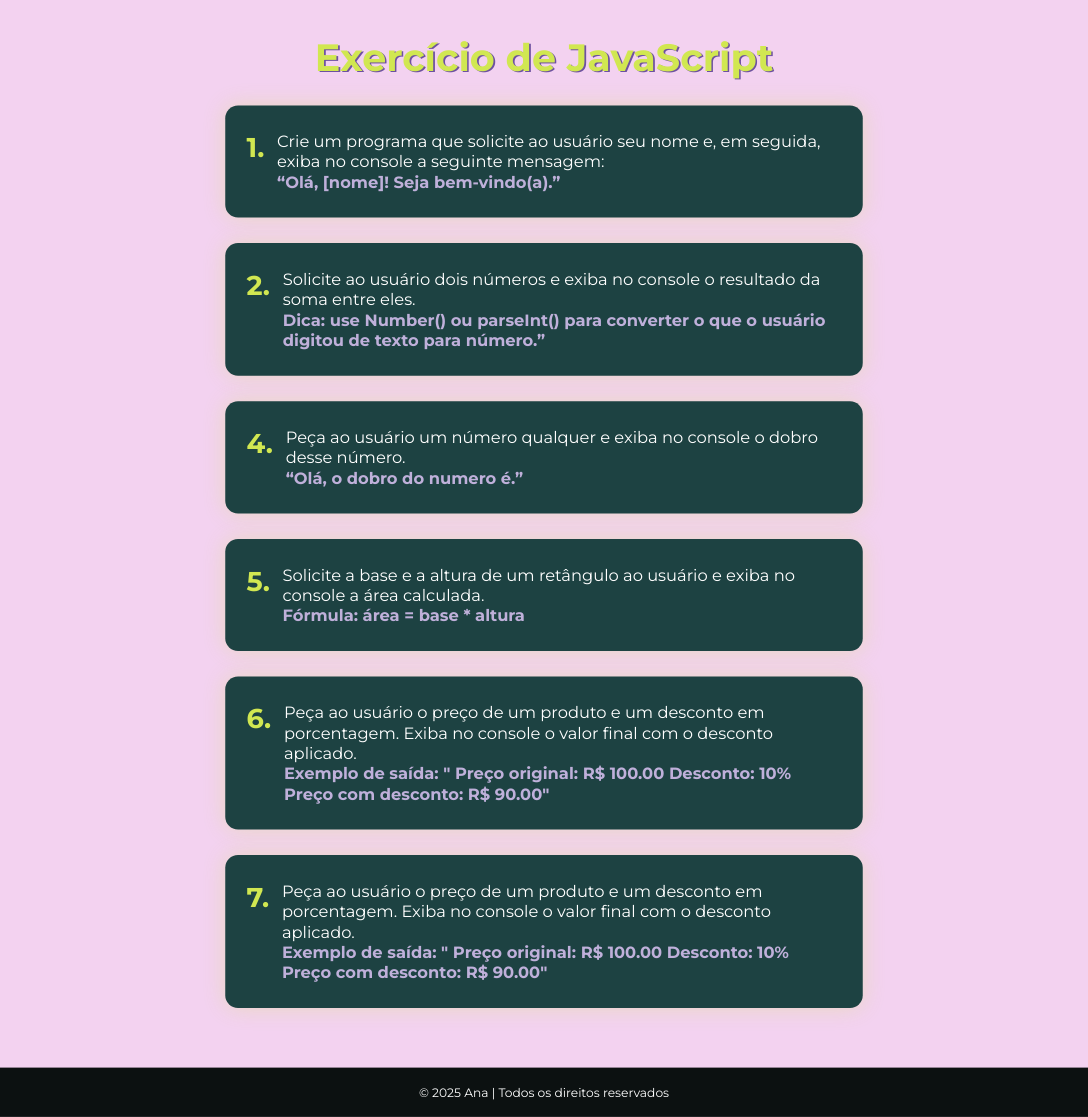
Repository: Anajaraa/atividadeJS
Page: index.html
These files come from the project's save history. The page is drawn as it stood at one moment and after the next save; the edit follows.
The browser window is 1280 px wide. The pictures show the whole page, at 85% of full size.
Some web fonts or font styles are not loaded; a fallback is used.

Above is the page before, as saved 2025-08-05 12:14:36.

### index.html
<!DOCTYPE html>
<html lang="pt-br">
<head>
  <meta charset="UTF-8" />
  <meta name="viewport" content="width=device-width, initial-scale=1.0" />
  <title>Exercícios de JavaScript</title>
  <link rel="stylesheet" href="style.css" />
</head>
<body>
    <main class="container">
    <h1>Exercício de JavaScript</h1>
    <section class="card">
      <p class="numero">1.</p>
      <p class="descricao">
        Crie um programa que solicite ao usuário seu nome e, em seguida, exiba no console a seguinte mensagem: <br>
        <strong>“Olá, [nome]! Seja bem-vindo(a).”</strong>
      </p>
    </section>
    <section class="card">
      <p class="numero">2.</p>
      <p class="descricao">
        Solicite ao usuário dois números e exiba no console o resultado da soma entre eles.
  <br>
        <strong>Dica: use Number() ou parseInt() para converter o que o usuário digitou de texto para número.”</strong>
      </p>
    </section>

     <section class="card">
      <p class="numero">4.</p>
      <p class="descricao">
        Peça ao usuário um número qualquer e exiba no console o dobro desse número.
  <br>
        <strong>“Olá, o dobro do numero é.”</strong>
      </p>
    </section>

     <section class="card">
      <p class="numero">5.</p>
      <p class="descricao">
        Solicite a base e a altura de um retângulo ao usuário e exiba no console a área calculada.
  <br>
        <strong>Fórmula: área = base * altura</strong>
      </p>
    </section>

     <section class="card">
      <p class="numero">6.</p>
      <p class="descricao">
        Peça ao usuário o preço de um produto e um desconto em porcentagem. Exiba no console o valor final com o desconto aplicado.
  <br>
        <strong>Exemplo de saída:
" Preço original: R$ 100.00
  Desconto: 10%
  Preço com desconto: R$ 90.00"</strong>
      </p>
    </section>

    <section class="card">
      <p class="numero">7.</p>
      <p class="descricao">
        Peça ao usuário o preço de um produto e um desconto em porcentagem. Exiba no console o valor final com o desconto aplicado.
  <br>
        <strong>Exemplo de saída:
" Preço original: R$ 100.00
  Desconto: 10%
  Preço com desconto: R$ 90.00"</strong>
      </p>
    </section>

  </main>

  <footer>
    © 2025 Ana | Todos os direitos reservados
  </footer>
</body>
<script src="script.js"></script>
</html>

### style.css

@import url('https://fonts.googleapis.com/css2?family=Montserrat:ital,wght@0,100..900;1,100..900&family=Sofia&display=swap');
/* Reset básico */
/* Reset */
* {
  margin: 0;
  padding: 0;
  box-sizing: border-box;
}

body {
  font-family: "Montserrat", sans-serif;
  background-color: #f3d2f0;
  color: #ffffff;
  display: flex;
  flex-direction: column;
  min-height: 100vh;
}

.container {
  flex: 1;
  display: flex;
  flex-direction: column;
  align-items: center;
  justify-content: center;
  padding: 40px 20px;
  text-align: center;
}

h1 {
  font-size: 2.8rem;
  margin-bottom: 30px;
  color: #d1e751;
  text-shadow: 2px 2px #6d51a0;
}

.card {
  background-color: #1d4242;
  padding: 30px 25px;
  border-radius: 15px;
  max-width: 750px;
  width: 90%;
  box-shadow: 0 0 25px rgba(209, 231, 81, 0.3);
  display: flex;
  gap: 15px;
  align-items: flex-start;
  margin-bottom: 30px; /* <<< AQUI ESTÁ A MÁGICA */
}

.numero {
  font-size: 2rem;
  color: #d1e751;
  font-weight: bold;
}

.descricao {
  font-size: 1.2rem;
  color: #ffffff;
  text-align: left;
}

.descricao strong {
  color: #bfb0da;
  font-weight: bold;
}

footer {
  text-align: center;
  padding: 20px;
  font-size: 0.9rem;
  background-color: #0c1111;
  color: #ffffff;
}

### script.js


//RESPOSTA Exercício 1
//const nome = prompt("Digite seu nome:");
//alert(`Olá, ${nome}! Seja bem-vindo(a).`);

//RESPOSTA Exercício 2
//const num1 = prompt("Digite um número:");
//const num2 = prompt("Digite outro número:");
//const soma = parseInt(num1) + parseInte(num2);
//alert(`A soma dos números é: ${soma}`);

//RESPOSTA Exercício 4
//onst num = prompt("Digite um número:");
//const doub = parseInt(num) * 2;
//alert(`O dobro do número é: ${doub}`);


//RESPOSTA Exercício 5

//const base =  prompt("Digite a base:");
//const altura = prompt("Digite a altura:");
//const area = parseFloat(base) * parseFloat(altura);
//console.log(`A área do retângulo é: ${area}`);

//RESPOSTA Exercício 6
// const preco = prompt("Digite o preço do produto:");
// const desconto = prompt("Digite o desconto em porcentagem:");
// const precoDesconto = parseFloat(preco) - (parseFloat(preco) * parseFloat(desconto) / 100);
// console.log(`O preço com desconto é: ${precoDesconto}`);

//RESPOSTA Exercício 7

After the next save:
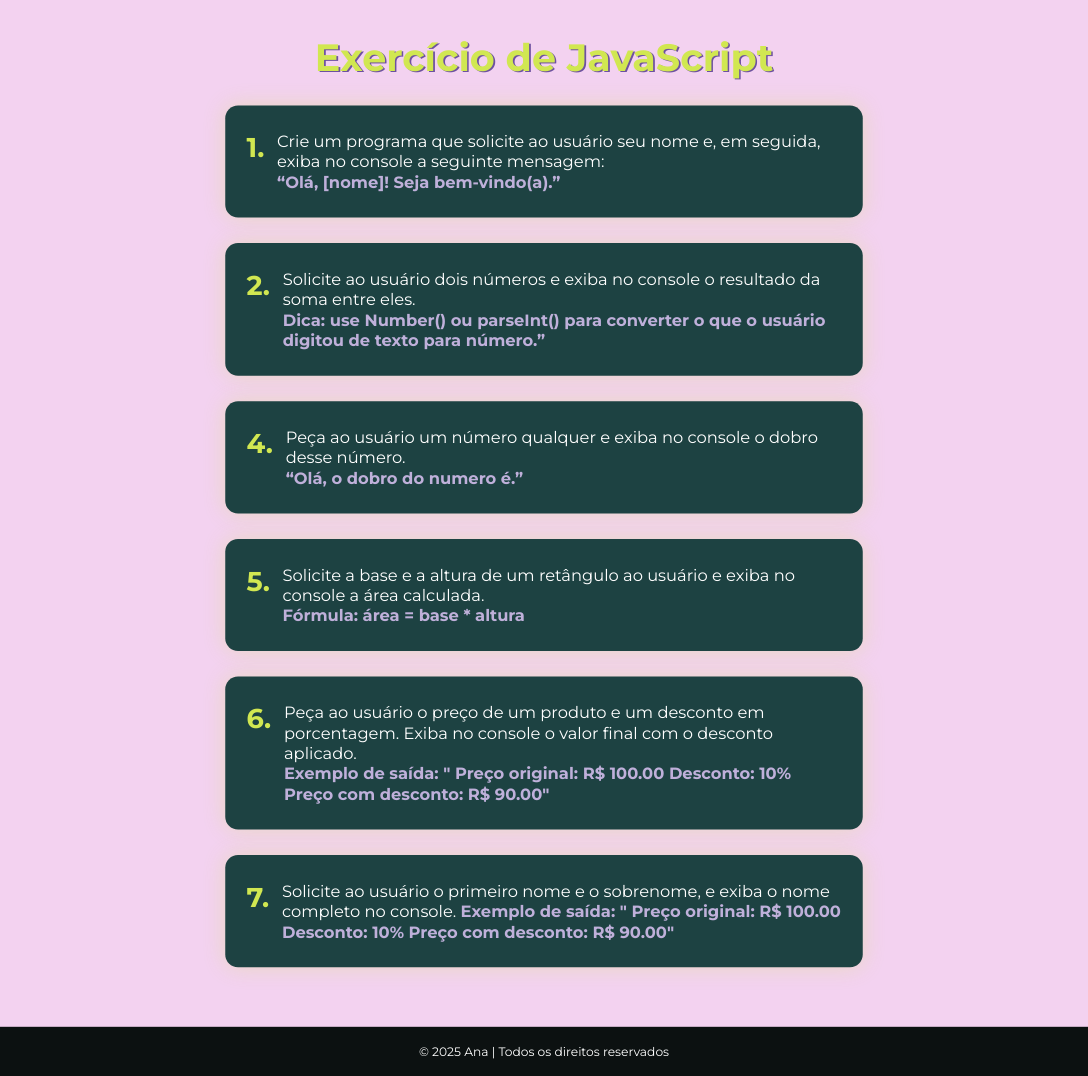
Saved 18 s later.
--- a/index.html
+++ b/index.html
@@ -58,8 +58,7 @@
     <section class="card">
       <p class="numero">7.</p>
       <p class="descricao">
-        Peça ao usuário o preço de um produto e um desconto em porcentagem. Exiba no console o valor final com o desconto aplicado.
-  <br>
+        Solicite ao usuário o primeiro nome e o sobrenome, e exiba o nome completo no console.
         <strong>Exemplo de saída:
 " Preço original: R$ 100.00
   Desconto: 10%
